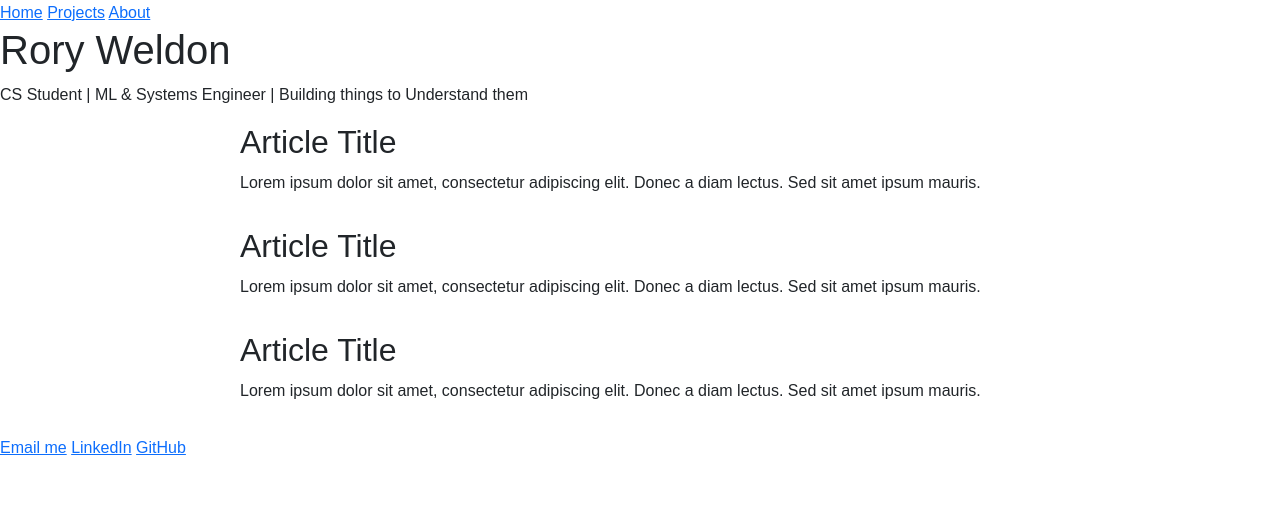
Repository: Art3misF0wl90/Portfolio
Page: index.html
An editor plug-in stored every save of this project. The page is shown before and after the next save, followed by the edit.
The browser window is 1280 px wide. The pictures show the whole page.

Above is the page before, as saved 2026-06-17 18:49:11.

After the next save:
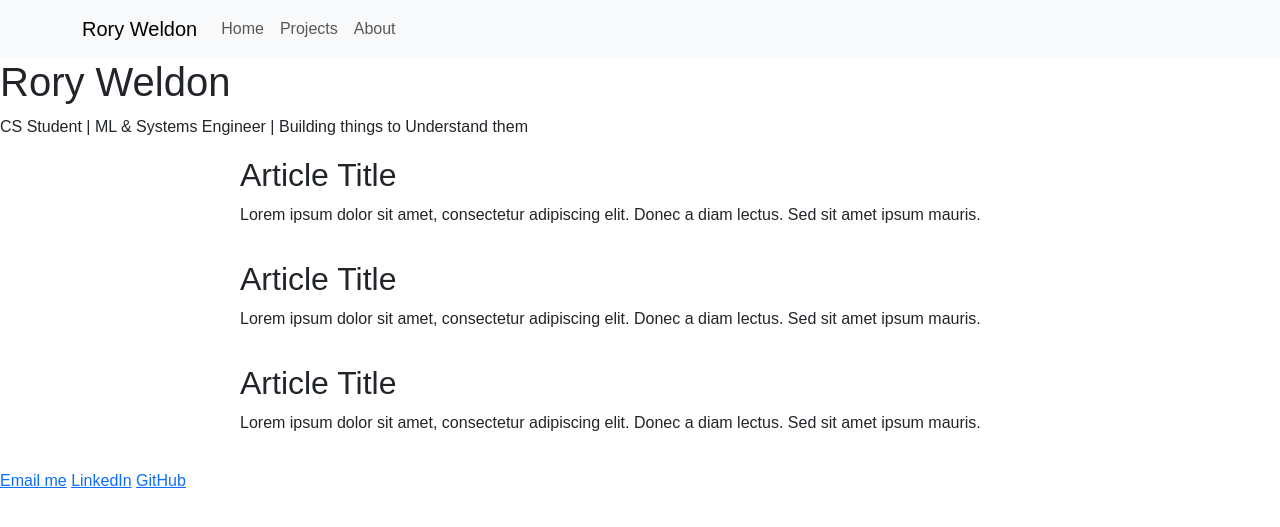
Saved 12 s later.
--- a/index.html
+++ b/index.html
@@ -16,10 +16,23 @@
   <!-- this is the main content area -->
   <body>
     <!-- Navigation bar -->
-    <nav>
-      <a href="index.html">Home</a>
-      <a href="projects.html">Projects</a>
-      <a href="about.html">About</a>
+    <nav class="navbar navbar-expand-lg navbar-light bg-light">
+      <div class="container">
+        <a class="navbar-brand" href="index.html">Rory Weldon</a>
+        <button class="navbar-toggler" type="button" data-bs-toggle="collapse" data-bs-target="#navbarNav">
+          <span class="navbar-toggler-icon"></span>
+        </button>
+        <div class="collapse navbar-collapse" id="navbarNav">
+          <ul class="navbar-nav">
+            <li class="nav-item">
+              <a class="nav-link" href="index.html">Home</a>
+            </li>
+            <li class="nav-item">
+              <a class="nav-link" href="projects.html">Projects</a>
+            </li>
+            <li class="nav-item">
+              <a class="nav-link" href="about.html">About</a>
+            </li>
     </nav>
 
     <!-- Header content -->

After the save that followed:
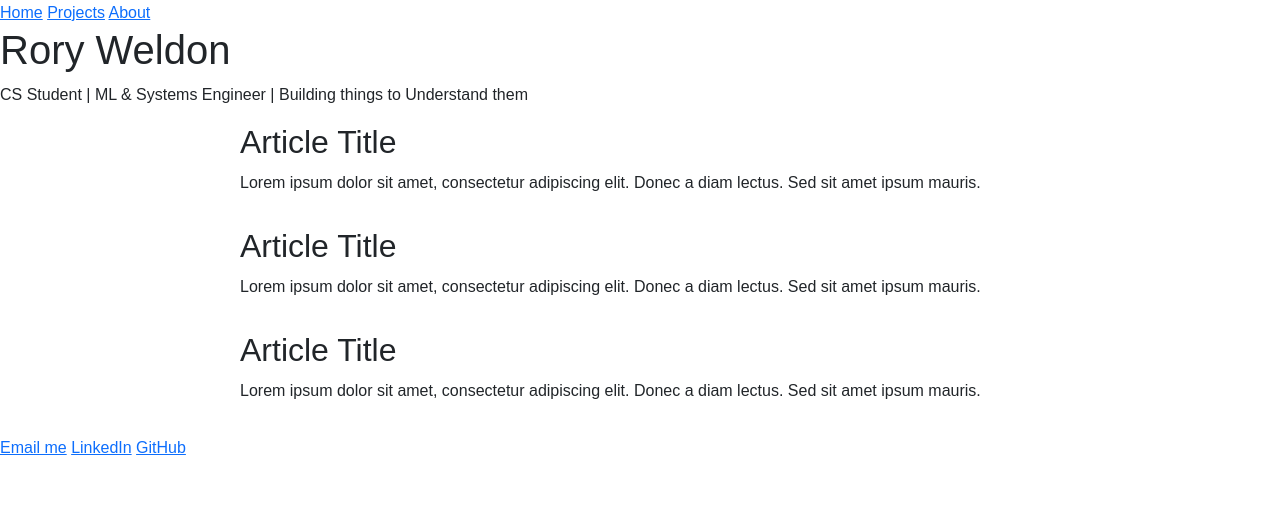
Saved 32 s later.
--- a/index.html
+++ b/index.html
@@ -16,23 +16,10 @@
   <!-- this is the main content area -->
   <body>
     <!-- Navigation bar -->
-    <nav class="navbar navbar-expand-lg navbar-light bg-light">
-      <div class="container">
-        <a class="navbar-brand" href="index.html">Rory Weldon</a>
-        <button class="navbar-toggler" type="button" data-bs-toggle="collapse" data-bs-target="#navbarNav">
-          <span class="navbar-toggler-icon"></span>
-        </button>
-        <div class="collapse navbar-collapse" id="navbarNav">
-          <ul class="navbar-nav">
-            <li class="nav-item">
-              <a class="nav-link" href="index.html">Home</a>
-            </li>
-            <li class="nav-item">
-              <a class="nav-link" href="projects.html">Projects</a>
-            </li>
-            <li class="nav-item">
-              <a class="nav-link" href="about.html">About</a>
-            </li>
+    <nav>
+      <a href="index.html">Home</a>
+      <a href="projects.html">Projects</a>
+      <a href="about.html">About</a>
     </nav>
 
     <!-- Header content -->
